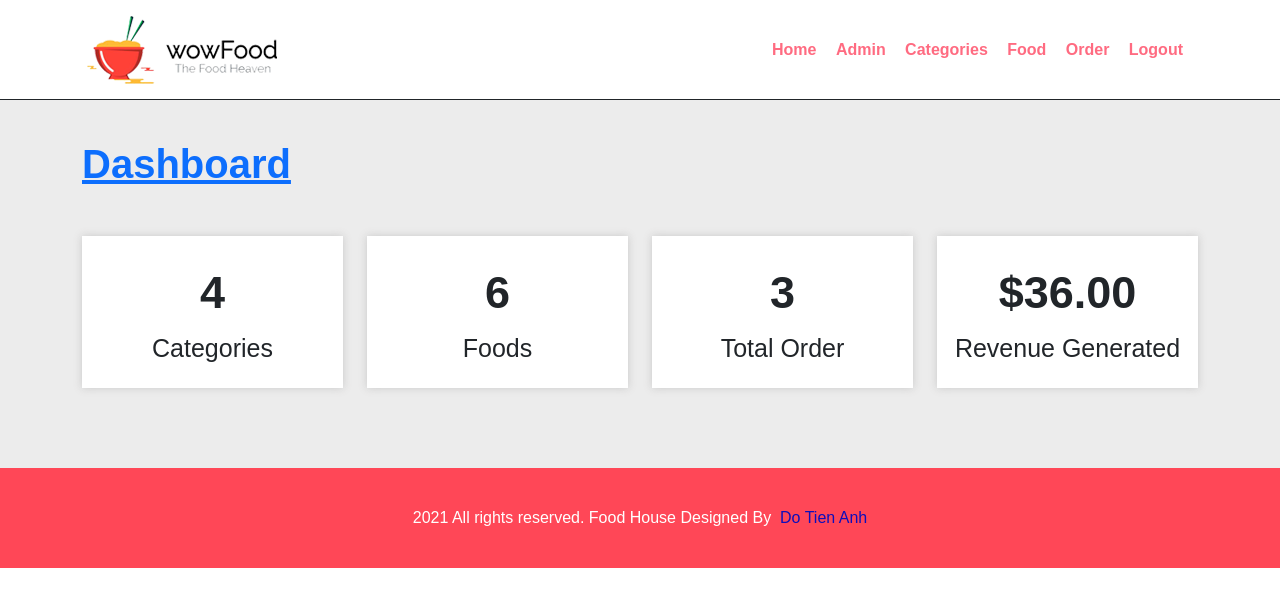
Repository: ruaruababa/RestaurantBS5
Page: http://localhost/admin/index.php
The author's editor kept a copy of each file at every save. The page is drawn from the files as they stood at one save, then again after a run of saves.
The browser window is 1280 px wide. The pictures show the whole page.
The page is run by PHP 8.4 with error messages shown; the project is at /var/www/html/.

Above is the page before, as saved 2021-09-26 22:08:38.

### admin/index.php
<!DOCTYPE html>
<html lang="en">

<head>
    <meta charset="UTF-8">
    <meta http-equiv="X-UA-Compatible" content="IE=edge">
    <meta name="viewport" content="width=device-width, initial-scale=1.0">

    <title>Admin</title>
    <link rel="stylesheet" href="responsive.css">
    <link rel="stylesheet" href="style_admin.css">
    <link href="https://cdn.jsdelivr.net/npm/bootstrap@5.1.1/dist/css/bootstrap.min.css" rel="stylesheet"
        integrity="sha384-F3w7mX95PdgyTmZZMECAngseQB83DfGTowi0iMjiWaeVhAn4FJkqJByhZMI3AhiU" crossorigin="anonymous" />
    <link rel="stylesheet" href="https://cdn.jsdelivr.net/npm/bootstrap-icons@1.5.0/font/bootstrap-icons.css" />
    <link rel="stylesheet" href="https://cdnjs.cloudflare.com/ajax/libs/font-awesome/6.0.0-beta2/css/all.min.css"
        integrity="sha512-YWzhKL2whUzgiheMoBFwW8CKV4qpHQAEuvilg9FAn5VJUDwKZZxkJNuGM4XkWuk94WCrrwslk8yWNGmY1EduTA=="
        crossorigin="anonymous" referrerpolicy="no-referrer" />
</head>

<body>
    <!-- header -->
    <div class="header">
        <div class="container">
            <div class="header_container">
                <div class="navbar__logo">
                    <a href="">
                        <img src="img/logo.png" alt="" class="navbar__img">
                    </a>
                </div>
                <label for="nav_menu-bar" class="menu_bar-item">
                    <i class="menu_bar-icon fas fa-bars"></i>
                </label>
                <input type="checkbox" name="" hidden class="nav_show" id="nav_menu-bar">

                <div class="list">

                    <a href="index.php" class="list__item">
                        Home
                    </a>
                    <a href="admin.php" class="list__item">
                        Admin
                    </a>
                    <a href="category.php" class="list__item">
                        Categories
                    </a>

                    <a href="food.php" class="list__item">
                        Food
                    </a>

                    <a href="order.php" class="list__item">
                        Order
                    </a>
                    <a href="#" class="list__item">
                        Logout
                    </a>
                </div>


            </div>


        </div>
    </div>
    <!-- End header -->
    <!-- Slider -->
    <div class="main">
        <div class="container">
            <h4 class="main__title"><a href="#">Dashboard</a></h4>
            <div class="row">
                <div class="col-lg-3 ">
                    <div class="main__dashboard">
                        <h4 class="main__dashboard-number">4</h4>
                        <span class="main__dashboard-name">Categories</span>
                    </div>

                </div>
                <div class="col-lg-3 ">
                    <div class="main__dashboard">
                        <h4 class="main__dashboard-number">6</h4>
                        <span class="main__dashboard-name">Foods</span>
                    </div>

                </div>
                <div class="col-lg-3 ">
                    <div class="main__dashboard">
                        <h4 class="main__dashboard-number">3</h4>
                        <span class="main__dashboard-name">Total Order</span>
                    </div>

                </div>
                <div class="col-lg-3 ">
                    <div class="main__dashboard">
                        <h4 class="main__dashboard-number">$36.00</h4>
                        <span class="main__dashboard-name">Revenue Generated</span>
                    </div>

                </div>
            </div>

        </div>
    </div>
    <!-- End Slider -->
    <!-- FOOTER -->
    <div class="footer">
        <div class="footer__text">
            <span>
                2021 All rights reserved. Food House Designed By&nbsp
            </span>

            <span class="footer__name-dev"> Do Tien Anh</span>

        </div>
    </div>
    <!-- End footer -->
    <script src="https://cdn.jsdelivr.net/npm/bootstrap@5.1.1/dist/js/bootstrap.bundle.min.js"
        integrity="sha384-/bQdsTh/da6pkI1MST/rWKFNjaCP5gBSY4sEBT38Q/9RBh9AH40zEOg7Hlq2THRZ" crossorigin="anonymous">
    </script>
</body>

</html>

### admin/responsive.css
/* --pc  */

@media (min-width:1025px) {
    .menu_bar-item {
        display: none;
    }
}

@media(min-width:740px) and (max-width:1024px) {
    .menu_bar-item {
        display: none;
    }
    .foodmenu-img {
        border-radius: 50% !important;
    }
}


/*Mobile */

@media (max-width:739px) {
    .list {
        display: flex;
        right: 0;
        top: 100px;
        flex-direction: column;
        position: fixed;
        width: 70%;
        height: 100%;
        background-color: rgb(231, 185, 98);
        background-image: linear-gradient(to left, rgb(231, 185, 98), pink);
        border-left: 3px solid #fff;
        clip-path: polygon(100% 0, 100% 0, 100% 100%, 100% 100%);
    }
    .list__item {
        padding: 20px;
        margin: 0 15px;
        border-bottom: 1px dotted;
        color: #fff !important;
        text-align: end;
    }
    .nav_show:checked~.list {
        clip-path: polygon(100% 0, 0 0, 0 100%, 100% 100%);
    }
    .footer__text {
        font-size: 12px;
    }
    .main__title {
        font-size: 30px !important;
    }
}

### admin/style_admin.css
* {
    margin: 0;
    padding: 0;
    box-sizing: border-box;
    font-family: 'Nunito', sans-serif;
    transition: all 0.2s linear;
}


/*-------------- Header------------ */


/* Navbar top */

.header {
    position: fixed;
    top: 0;
    left: 0;
    right: 0;
    z-index: 1;
    background-color: #fff;
    height: 100px;
    border-bottom: 1px solid;
}

.header_container {
    display: flex;
    justify-content: space-between;
    align-items: center;
    padding: 20px 0;
    height: 100px;
}

.menu_bar-item {
    border: 1px solid;
    margin-right: 10px;
    border-radius: 3px;
}

.menu_bar-icon {
    font-size: 20px;
    padding: 10px 15px;
}

.list__item {
    margin-right: 15px;
    font-weight: 600;
    color: #ff6b81;
    cursor: pointer;
    text-decoration: none;
}

.list__item:hover {
    color: black;
}


/* End navbar top */


/* Navbar bottom */

.main {
    padding-top: 100px;
    padding-bottom: 80px;
    background-color: #ececec;
}

.main__title {
    padding: 40px 0;
    font-weight: 700;
    font-size: 40px;
}

.main__dashboard {
    text-align: center;
    padding: 20px 0;
    box-shadow: 0 0 8px rgba(122, 120, 120, 0.3);
    background-color: #fff;
}

.main__dashboard-number {
    padding: 10px 0;
    margin: 0;
    font-size: 45px;
    font-weight: 700;
}

.main__dashboard-name {
    padding: 10px 0;
    font-size: 25px;
}

.footer {
    background-color: #ff4757;
    height: 100px;
    text-align: center;
}

.footer__text {
    height: 100px;
    line-height: 100px;
    color: #fff;
}

.footer__name-dev {
    color: rgb(14, 14, 186);
}


/* ------------- */

.btn {
    background-color: rgb(59, 142, 214);
    color: #fff;
    outline: none;
    margin-bottom: 30px;
}

th {
    border-right: 5px solid #ddd;
}

tr,
th,
td {
    border: none;
}

.color_change {
    margin: 0;
}

.color_update {
    background-color: #7bed9f;
    margin: 0;
}

.color_delete {
    background-color: #ff6b81;
    margin: 0;
}

.table_img {
    width: 25%;
    border-radius: 10px;
}

.border_right {
    border-bottom: 1px solid;
    border-right: 5px solid #ececec;
}

After the next 2 saves:
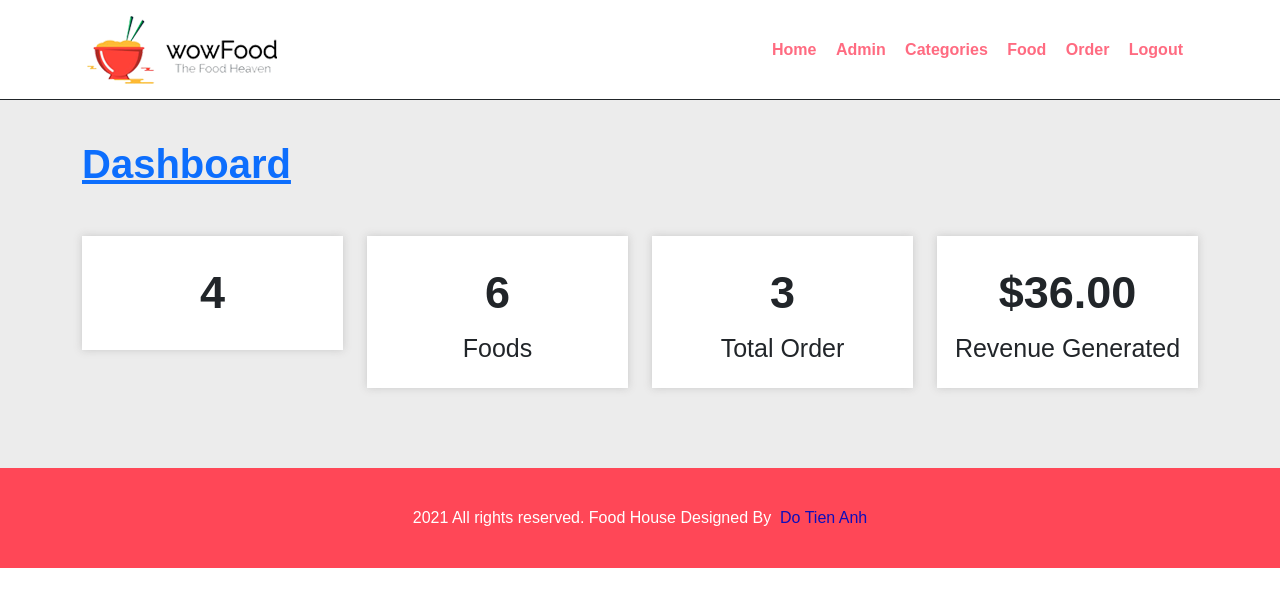
The 2 saves are shown as one change because they came seconds apart.
The last was saved 8 s later.
--- a/admin/index.php
+++ b/admin/index.php
@@ -71,7 +71,7 @@
                 <div class="col-lg-3 ">
                     <div class="main__dashboard">
                         <h4 class="main__dashboard-number">4</h4>
-                        <span class="main__dashboard-name">Categories</span>
+                        <span class="main__dashboard-name"><a href=""></a></span>
                     </div>
 
                 </div>
